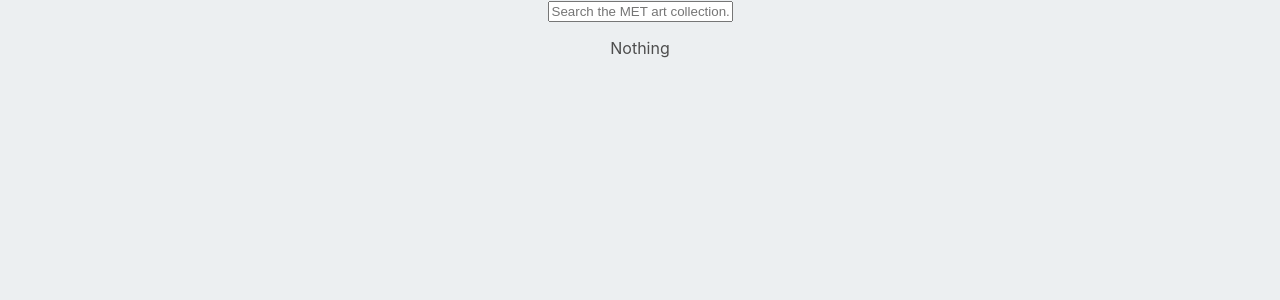
Repository: edulis8/MetSearchTool
Page: /
These files come from the project's save history. The page is drawn as it stood at one moment and after the next save; the edit follows.
The browser window is 1280 px wide. The pictures show the whole page.
The project was rebuilt for these pictures with package versions that can differ from the ones it lists, and the page was loaded fresh each time. Also part of the build but not shown: src/Pokecard.js, src/Pokedex.js.

Above is the page before, as saved 2020-01-16 10:03:29.

### src/App.js
import React from 'react';
import './App.css';
import Pokedex from './Pokedex';
import PokeGame from './PokeGame';

function App() {
  return (
    <div className="App">
      <PokeGame />
    </div>
  );
}

export default App;

### src/PokeGame.js
import React, { Component } from 'react'
// import Pokedex from './Pokedex';
import Axios from 'axios';
import Pokecard from './Pokecard';
// import './Pokedex.css';
const MET_API_BASE = 'https://collectionapi.metmuseum.org/public/collection/v1';


class PokeGame extends Component {
    constructor(props) {
        super(props);
        this.state = {
            objects: [],
            searchTerm: '',
            searching: false
        }
        this.handleSearchInputChanges = this.handleSearchInputChanges.bind(this);
    }
    // static defaultProps = {
    //     test: [
    //     ]
    // }
    handleSearchInputChanges(e) {
        this.setState({ searchTerm: e.target.value })
        // console.log(this.state.searchTerm);
        this.search();
    }
    search() {
        console.log('searchTerm', this.state.searchTerm);
        Axios.get(`${MET_API_BASE}/search?q=${this.state.searchTerm}`).then((response) => {
            this.setState({ objects: [], searching: true })
            // console.log(response.data.objectIDs.slice(0, 20));
            // console.log(response.status, response.statusText);
            console.log('RESPONSE', response);
            if (response.data.objectIDs) {
                const objectIDs = response.data.objectIDs.slice(0, 20);
                objectIDs.forEach((id, idx) => {
                    Axios.get(`${MET_API_BASE}/objects/${id}`).then((response) => {
                        // console.log(idx, response.data);
                        const newObjects = [...this.state.objects];
                        newObjects.push(response.data);
                        this.setState({ objects: newObjects })
                    })
                });
            } else {
                this.setState({ objects: [] })
            }
        });
        this.setState({ searching: true });
    }
    componentDidMount() {
        console.log('didMount');
    }
    render() {
        return (
            <div className='Pokedex'>
                <input type="text" placeholder="Search the MET art collection..." onChange={this.handleSearchInputChanges} />
                {this.state.objects.map(object =>
                    // <img src={object.primaryImage}></img>
                    <div className='Pokedex-cards'>
                        <Pokecard {...object} />
                    </div>

                )}
                {!this.state.objects.length && !this.state.searching && <p>Nothing</p>}
                {this.state.searching && <p>Searching...</p>}

            </div>
        )
    }
}

export default PokeGame;

### src/Pokedex.css
.Pokedex {
    text-align: center;
}
.Pokedex-cards {
    display: flex;
    justify-content: space-evenly;
    flex-wrap: wrap;
}

Loaded but not shown: public/index.html (common file); src/index.js (common file); src/index.css (common file); src/serviceWorker.js (common file); src/App.css (common file)

After the next save:
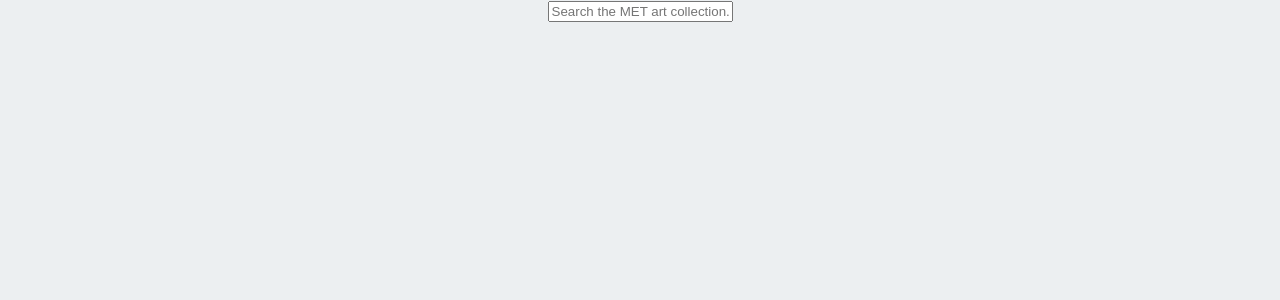
Saved 66 s later.
--- a/src/PokeGame.js
+++ b/src/PokeGame.js
@@ -62,7 +62,7 @@ class PokeGame extends Component {
                     </div>
 
                 )}
-                {!this.state.objects.length && !this.state.searching && <p>Nothing</p>}
+                {!this.state.objects.length && !this.state.searching && <p></p>}
                 {this.state.searching && <p>Searching...</p>}
 
             </div>
